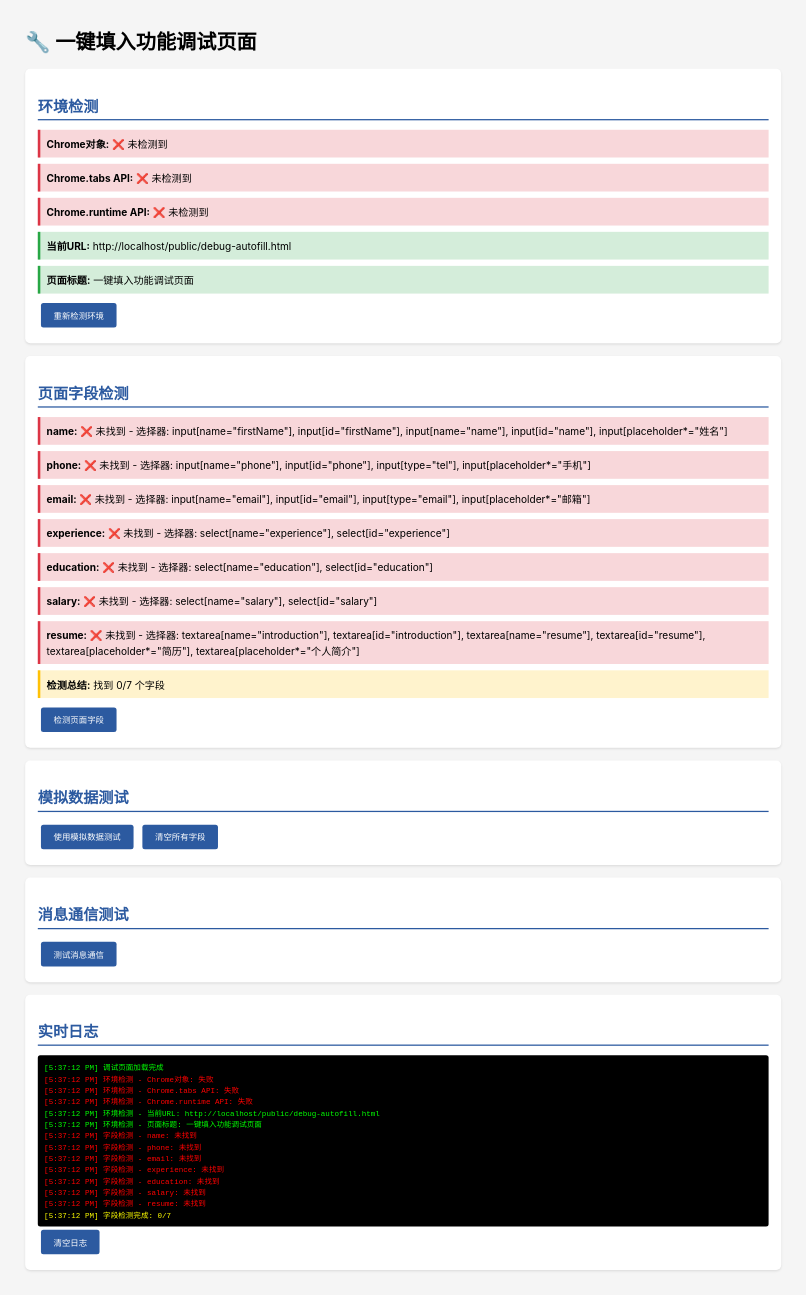
Repository: Zion74/jiancareer-chrome-main-zhn
Page: public/debug-autofill.html
These files come from the project's save history. The page is drawn as it stood at one moment and after the next save; the edit follows.
The browser window is 1280 px wide. The pictures show the whole page, at 63% of full size.

Above is the page before, as saved 2025-09-09 22:24:11.

### public/debug-autofill.html
<!DOCTYPE html>
<html lang="zh-CN">
<head>
    <meta charset="UTF-8">
    <meta name="viewport" content="width=device-width, initial-scale=1.0">
    <title>一键填入功能调试页面</title>
    <style>
        body {
            font-family: -apple-system, BlinkMacSystemFont, 'Segoe UI', Roboto, sans-serif;
            max-width: 1200px;
            margin: 0 auto;
            padding: 20px;
            background: #f5f5f5;
        }
        .debug-container {
            background: white;
            border-radius: 8px;
            padding: 20px;
            margin-bottom: 20px;
            box-shadow: 0 2px 4px rgba(0,0,0,0.1);
        }
        .debug-title {
            color: #2c5aa0;
            margin-bottom: 15px;
            border-bottom: 2px solid #2c5aa0;
            padding-bottom: 5px;
        }
        .debug-item {
            margin: 10px 0;
            padding: 10px;
            background: #f8f9fa;
            border-left: 4px solid #2c5aa0;
        }
        .success { border-left-color: #28a745; background: #d4edda; }
        .error { border-left-color: #dc3545; background: #f8d7da; }
        .warning { border-left-color: #ffc107; background: #fff3cd; }
        .btn {
            background: #2c5aa0;
            color: white;
            border: none;
            padding: 10px 20px;
            border-radius: 4px;
            cursor: pointer;
            margin: 5px;
        }
        .btn:hover { background: #1e3d6f; }
        pre {
            background: #f8f9fa;
            padding: 10px;
            border-radius: 4px;
            overflow-x: auto;
            font-size: 12px;
        }
        .log-container {
            max-height: 300px;
            overflow-y: auto;
            background: #000;
            color: #0f0;
            padding: 10px;
            border-radius: 4px;
            font-family: 'Courier New', monospace;
            font-size: 12px;
        }
    </style>
</head>
<body>
    <h1>🔧 一键填入功能调试页面</h1>

    <div class="debug-container">
        <h2 class="debug-title">环境检测</h2>
        <div id="environment-check"></div>
        <button class="btn" onclick="checkEnvironment()">重新检测环境</button>
    </div>

    <div class="debug-container">
        <h2 class="debug-title">页面字段检测</h2>
        <div id="field-check"></div>
        <button class="btn" onclick="checkFields()">检测页面字段</button>
    </div>

    <div class="debug-container">
        <h2 class="debug-title">模拟数据测试</h2>
        <div id="data-test"></div>
        <button class="btn" onclick="testWithMockData()">使用模拟数据测试</button>
        <button class="btn" onclick="clearAllFields()">清空所有字段</button>
    </div>

    <div class="debug-container">
        <h2 class="debug-title">消息通信测试</h2>
        <div id="message-test"></div>
        <button class="btn" onclick="testMessageCommunication()">测试消息通信</button>
    </div>

    <div class="debug-container">
        <h2 class="debug-title">实时日志</h2>
        <div id="log-container" class="log-container"></div>
        <button class="btn" onclick="clearLogs()">清空日志</button>
    </div>

    <script>
        // 日志系统
        function log(message, type = 'info') {
            const timestamp = new Date().toLocaleTimeString();
            const logContainer = document.getElementById('log-container');
            const colors = {
                info: '#0f0',
                error: '#f00',
                warning: '#ff0',
                success: '#0f0'
            };

            const logEntry = document.createElement('div');
            logEntry.style.color = colors[type] || '#0f0';
            logEntry.textContent = `[${timestamp}] ${message}`;
            logContainer.appendChild(logEntry);
            logContainer.scrollTop = logContainer.scrollHeight;
        }

        function clearLogs() {
            document.getElementById('log-container').innerHTML = '';
        }

        // 环境检测
        function checkEnvironment() {
            const container = document.getElementById('environment-check');
            container.innerHTML = '';

            const checks = [
                {
                    name: 'Chrome对象',
                    test: () => typeof chrome !== 'undefined',
                    result: typeof chrome !== 'undefined'
                },
                {
                    name: 'Chrome.tabs API',
                    test: () => typeof chrome !== 'undefined' && chrome.tabs,
                    result: typeof chrome !== 'undefined' && chrome.tabs
                },
                {
                    name: 'Chrome.runtime API',
                    test: () => typeof chrome !== 'undefined' && chrome.runtime,
                    result: typeof chrome !== 'undefined' && chrome.runtime
                },
                {
                    name: '当前URL',
                    test: () => window.location.href,
                    result: window.location.href
                },
                {
                    name: '页面标题',
                    test: () => document.title,
                    result: document.title
                }
            ];

            checks.forEach(check => {
                const div = document.createElement('div');
                div.className = `debug-item ${check.result ? 'success' : 'error'}`;
                div.innerHTML = `<strong>${check.name}:</strong> ${check.result || '❌ 未检测到'}`;
                container.appendChild(div);

                log(`环境检测 - ${check.name}: ${check.result || '失败'}`, check.result ? 'success' : 'error');
            });
        }

        // 字段检测
        function checkFields() {
            const container = document.getElementById('field-check');
            container.innerHTML = '';

            // 模拟content.js中的字段映射
            const fieldMappings = {
                name: 'input[name="firstName"], input[id="firstName"], input[name="name"], input[id="name"], input[placeholder*="姓名"]',
                phone: 'input[name="phone"], input[id="phone"], input[type="tel"], input[placeholder*="手机"]',
                email: 'input[name="email"], input[id="email"], input[type="email"], input[placeholder*="邮箱"]',
                experience: 'select[name="experience"], select[id="experience"]',
                education: 'select[name="education"], select[id="education"]',
                salary: 'select[name="salary"], select[id="salary"]',
                resume: 'textarea[name="introduction"], textarea[id="introduction"], textarea[name="resume"], textarea[id="resume"], textarea[placeholder*="简历"], textarea[placeholder*="个人简介"]'
            };

            let foundFields = 0;
            let totalFields = Object.keys(fieldMappings).length;

            Object.entries(fieldMappings).forEach(([fieldType, selector]) => {
                const element = document.querySelector(selector);
                const div = document.createElement('div');
                div.className = `debug-item ${element ? 'success' : 'error'}`;

                if (element) {
                    foundFields++;
                    div.innerHTML = `<strong>${fieldType}:</strong> ✅ 找到元素 - ${element.tagName.toLowerCase()}${element.id ? '#' + element.id : ''}${element.name ? '[name="' + element.name + '"]' : ''}`;
                    log(`字段检测 - ${fieldType}: 找到`, 'success');
                } else {
                    div.innerHTML = `<strong>${fieldType}:</strong> ❌ 未找到 - 选择器: ${selector}`;
                    log(`字段检测 - ${fieldType}: 未找到`, 'error');
                }

                container.appendChild(div);
            });

            // 添加总结
            const summary = document.createElement('div');
            summary.className = `debug-item ${foundFields === totalFields ? 'success' : 'warning'}`;
            summary.innerHTML = `<strong>检测总结:</strong> 找到 ${foundFields}/${totalFields} 个字段`;
            container.appendChild(summary);

            log(`字段检测完成: ${foundFields}/${totalFields}`, foundFields === totalFields ? 'success' : 'warning');
        }

        // 模拟数据测试
        function testWithMockData() {
            const container = document.getElementById('data-test');
            container.innerHTML = '';

            const mockData = {
                name: '张三',
                phone: '13800138000',
                email: 'zhangsan@example.com',
                experience: '3-5',
                education: '本科',
                salary: '12k-18k',
                resume: '我是一名有经验的软件工程师，熟悉JavaScript、Python等编程语言，具有3年以上的项目开发经验。'
            };

            const fieldMappings = {
                name: 'input[name="firstName"], input[id="firstName"], input[name="name"], input[id="name"]',
                phone: 'input[name="phone"], input[id="phone"], input[type="tel"]',
                email: 'input[name="email"], input[id="email"], input[type="email"]',
                experience: 'select[name="experience"], select[id="experience"]',
                education: 'select[name="education"], select[id="education"]',
                salary: 'select[name="salary"], select[id="salary"]',
                resume: 'textarea[name="introduction"], textarea[id="introduction"]'
            };

            let filledCount = 0;
            let totalCount = Object.keys(fieldMappings).length;

            Object.entries(fieldMappings).forEach(([fieldType, selector]) => {
                const element = document.querySelector(selector);
                const div = document.createElement('div');

                if (element && mockData[fieldType]) {
                    try {
                        // 模拟content.js的填写逻辑
                        if (element.tagName.toLowerCase() === 'select') {
                            // 处理下拉选择
                            const options = element.querySelectorAll('option');
                            let matched = false;

                            for (const option of options) {
                                if (option.value === mockData[fieldType] ||
                                    option.textContent.includes(mockData[fieldType])) {
                                    element.value = option.value;
                                    matched = true;
                                    break;
                                }
                            }

                            if (!matched && options.length > 1) {
                                element.value = options[1].value;
                            }
                        } else {
                            // 处理文本输入
                            element.value = mockData[fieldType];
                        }

                        // 触发事件
                        element.dispatchEvent(new Event('input', { bubbles: true }));
                        element.dispatchEvent(new Event('change', { bubbles: true }));

                        filledCount++;
                        div.className = 'debug-item success';
                        div.innerHTML = `<strong>${fieldType}:</strong> ✅ 填写成功 - "${mockData[fieldType]}"`;
                        log(`填写测试 - ${fieldType}: 成功填写 "${mockData[fieldType]}"`, 'success');

                        // 添加视觉反馈
                        element.style.backgroundColor = '#d4edda';
                        setTimeout(() => {
                            element.style.backgroundColor = '';
                        }, 2000);

                    } catch (error) {
                        div.className = 'debug-item error';
                        div.innerHTML = `<strong>${fieldType}:</strong> ❌ 填写失败 - ${error.message}`;
                        log(`填写测试 - ${fieldType}: 填写失败 - ${error.message}`, 'error');
                    }
                } else {
                    div.className = 'debug-item warning';
                    div.innerHTML = `<strong>${fieldType}:</strong> ⚠️ 跳过 - ${!element ? '元素未找到' : '无数据'}`;
                    log(`填写测试 - ${fieldType}: 跳过`, 'warning');
                }

                container.appendChild(div);
            });

            // 添加总结
            const summary = document.createElement('div');
            summary.className = `debug-item ${filledCount === totalCount ? 'success' : 'warning'}`;
            summary.innerHTML = `<strong>填写总结:</strong> 成功填写 ${filledCount}/${totalCount} 个字段`;
            container.appendChild(summary);

            log(`填写测试完成: ${filledCount}/${totalCount}`, filledCount > 0 ? 'success' : 'error');
        }

        function clearAllFields() {
            const inputs = document.querySelectorAll('input, select, textarea');
            inputs.forEach(input => {
                if (input.type === 'checkbox' || input.type === 'radio') {
                    input.checked = false;
                } else {
                    input.value = '';
                }
                input.dispatchEvent(new Event('input', { bubbles: true }));
                input.dispatchEvent(new Event('change', { bubbles: true }));
            });
            log('已清空所有字段', 'info');
        }

        // 消息通信测试
        function testMessageCommunication() {
            const container = document.getElementById('message-test');
            container.innerHTML = '';

            // 发送握手协议消息以建立与扩展的连接
            const handshakeMessage = {
                source: 'JIANCAREER_WEBSITE',
                type: 'SJ_DETECT_V1',
                timestamp: Date.now(),
                url: window.location.href,
                domain: window.location.hostname
            };

            // 测试window.postMessage
            const testMessage = {
                source: 'JIANCAREER_WEBSITE',
                type: 'TEST_MESSAGE',
                timestamp: Date.now(),
                data: { test: true }
            };

            // 监听消息响应
            const messageListener = (event) => {
                if (event.data.source === 'JIANCAREER_EXTENSION') {
                    const div = document.createElement('div');
                    div.className = 'debug-item success';
                    div.innerHTML = `<strong>收到扩展响应:</strong> <pre>${JSON.stringify(event.data, null, 2)}</pre>`;
                    container.appendChild(div);
                    log(`收到扩展响应: ${event.data.type}`, 'success');

                    window.removeEventListener('message', messageListener);
                }
            };

            window.addEventListener('message', messageListener);

            // 首先发送握手协议消息
            window.postMessage(handshakeMessage, '*');

            const handshakeDiv = document.createElement('div');
            handshakeDiv.className = 'debug-item';
            handshakeDiv.innerHTML = `<strong>发送握手协议:</strong> <pre>${JSON.stringify(handshakeMessage, null, 2)}</pre>`;
            container.appendChild(handshakeDiv);
            log('发送握手协议消息', 'info');

            // 延迟发送测试消息
            setTimeout(() => {
                window.postMessage(testMessage, '*');

                const div = document.createElement('div');
                div.className = 'debug-item';
                div.innerHTML = `<strong>发送测试消息:</strong> <pre>${JSON.stringify(testMessage, null, 2)}</pre>`;
                container.appendChild(div);
                log('发送测试消息', 'info');
            }, 500);

            // 5秒后检查是否收到响应
            setTimeout(() => {
                window.removeEventListener('message', messageListener);
                if (!container.querySelector('.success')) {
                    const errorDiv = document.createElement('div');
                    errorDiv.className = 'debug-item error';
                    errorDiv.innerHTML = '<strong>❌ 未收到扩展响应</strong> - 可能原因：扩展未安装或content script未注入';
                    container.appendChild(errorDiv);
                    log('消息通信测试失败: 未收到响应', 'error');
                }
            }, 5000);
        }

        // 页面加载完成后自动执行检测
        window.addEventListener('load', function() {
            log('调试页面加载完成', 'info');
            checkEnvironment();
            checkFields();
        });

        // 监听来自扩展的消息
        window.addEventListener('message', function(event) {
            if (event.data.source === 'JIANCAREER_EXTENSION') {
                log(`收到扩展消息: ${event.data.type}`, 'info');
                console.log('扩展消息:', event.data);
            }
        });
    </script>
</body>
</html>

After the next save:
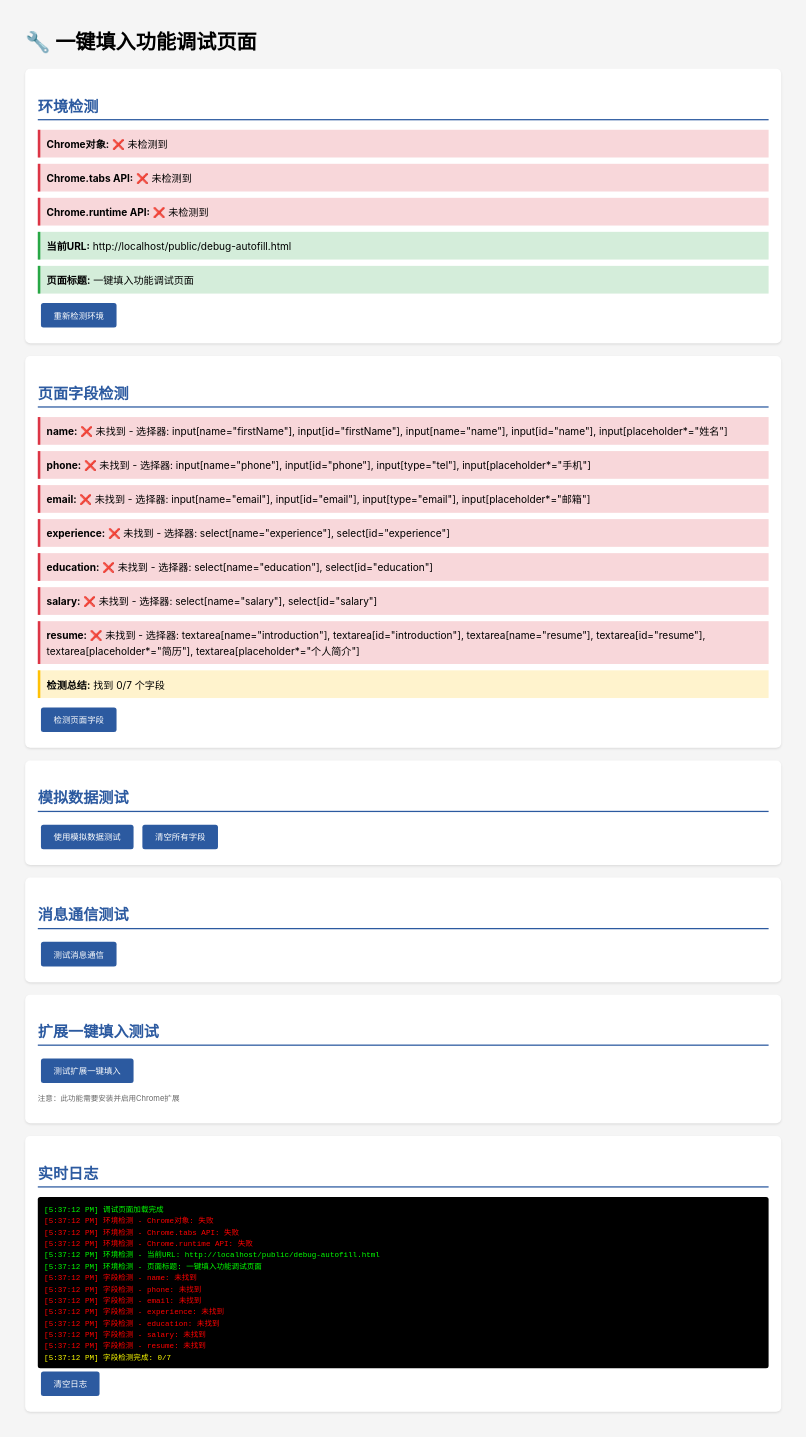
Saved 16 s later.
--- a/public/debug-autofill.html
+++ b/public/debug-autofill.html
@@ -89,6 +89,13 @@
         <h2 class="debug-title">消息通信测试</h2>
         <div id="message-test"></div>
         <button class="btn" onclick="testMessageCommunication()">测试消息通信</button>
+    </div>
+
+    <div class="debug-container">
+        <h2 class="debug-title">扩展一键填入测试</h2>
+        <div id="extension-test"></div>
+        <button class="btn" onclick="testExtensionAutofill()">测试扩展一键填入</button>
+        <p style="color: #666; font-size: 12px; margin-top: 10px;">注意：此功能需要安装并启用Chrome扩展</p>
     </div>
 
     <div class="debug-container">
